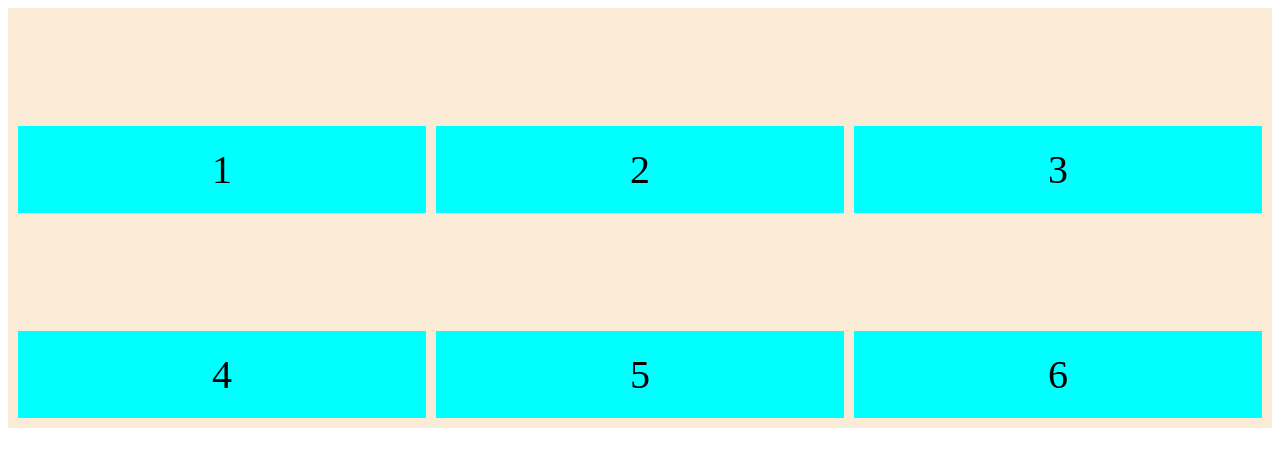
Repository: Thonghehe/Lab1_WEB106
Page: index11.html
These files come from the project's save history. The page is drawn as it stood at one moment and after the next save; the edit follows.
The browser window is 1280 px wide. The pictures show the whole page.

Above is the page before, as saved 2024-03-05 17:48:35.

After the next save:
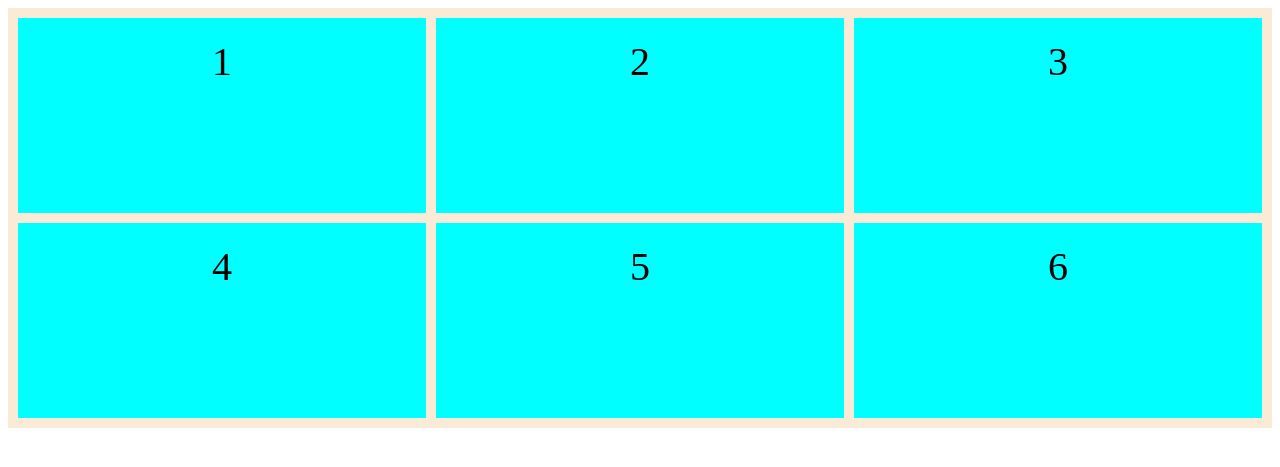
Saved 2 min 10 s later.
--- a/style.css
+++ b/style.css
@@ -1,7 +1,7 @@
 .grid-container {
     display: grid;
     height: 400px;
-    align-items: end;
+    /* align-items: end; */
     grid-template-columns: auto auto auto;
     gap: 10px;
     background-color: antiquewhite;

After the save that followed:
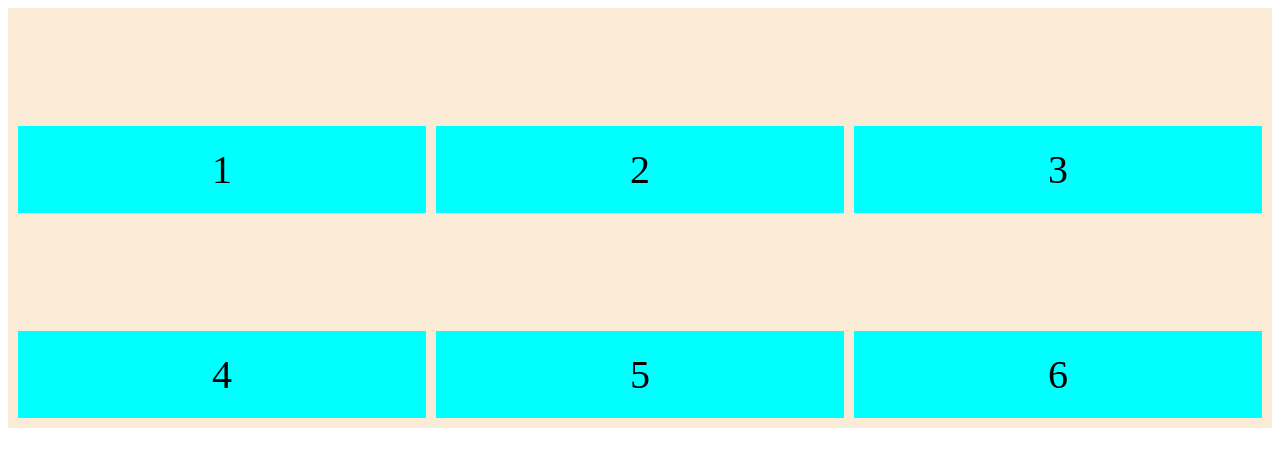
Saved 5 s later.
--- a/style.css
+++ b/style.css
@@ -1,7 +1,7 @@
 .grid-container {
     display: grid;
     height: 400px;
-    /* align-items: end; */
+    align-items: end;
     grid-template-columns: auto auto auto;
     gap: 10px;
     background-color: antiquewhite;
